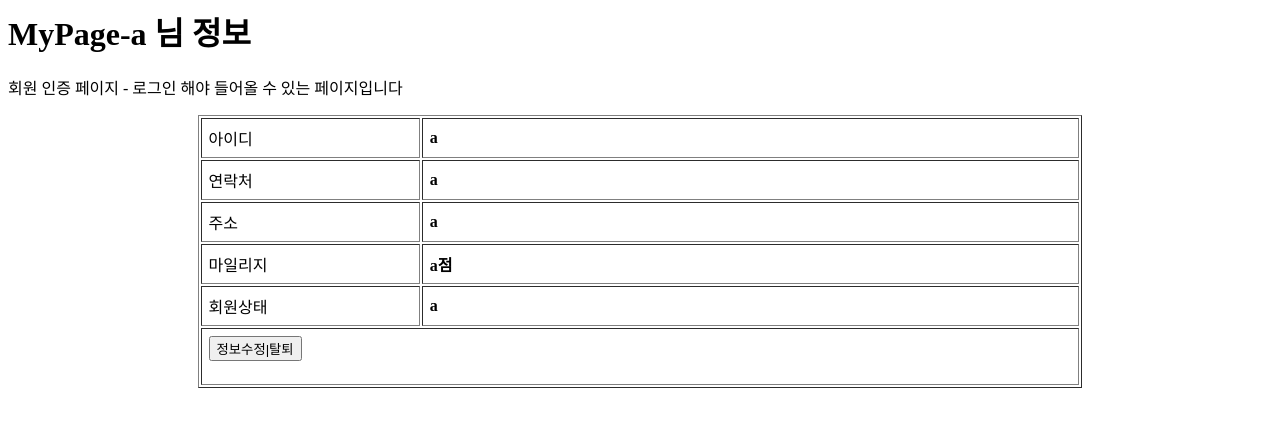
Repository: Jayking0215/myjava
Page: http://localhost/SpringWeb/WEB-INF/views/member/myPage.jsp
An editor plug-in stored every save of this project. The page is shown before and after the next save, followed by the edit.
The browser window is 1280 px wide. The pictures show the whole page.
The page is served by Tomcat 9. Nobody is signed in. Other server files are loaded and not shown. The template is opened directly, without the code that normally fills it, so the values that code supplies are empty.

Above is the page before, as saved 2023-05-04 04:43:51.

### SpringWorkspace/SpringWeb/src/main/webapp/WEB-INF/views/member/myPage.jsp
<%@ page language="java" contentType="text/html; charset=UTF-8"
    pageEncoding="UTF-8"%>
    <style>
    	.myPageTable{
    		width: 70%;
    		margin: 1em auto;
    	}
    	td{
    		padding:7px;
    	}
    	td:last-child{
    		text-align:left;

    	}
    </style>
    <div class="container m2">
    	<h1>MyPage-a 님 정보</h1>
    	<p>회원 인증 페이지 - 로그인 해야 들어올 수 있는 페이지입니다</p>
    	<table border="1" class="myPageTable">
    		<tr>
    			<td width="25%">아이디</td>
    			<td width="75%"><b>a</b></td>
    		</tr>
    		<tr>
    			<td>연락처</td>
    			<td><b>a</b></td>
    		</tr>
    		<tr>
    			<td>주소</td>
    			<td><b>a</b></td>
    		</tr>
    		<tr>
    			<td>마일리지</td>
    			<td><b>a점</b></td>
    		</tr>
    		<tr>
    			<td>회원상태</td>
    			<td><b>a</b></td>
    		</tr>
    		<tr>
    			<td colspan="2">
    				<form name='f' method='post' action='modify'>
    					<input type="hidden" name="idx" value="a">
    					<button>정보수정|탈퇴</button>
    				</form>
    			</td>
    		</tr>
    	</table>

    </div>

After the next save:
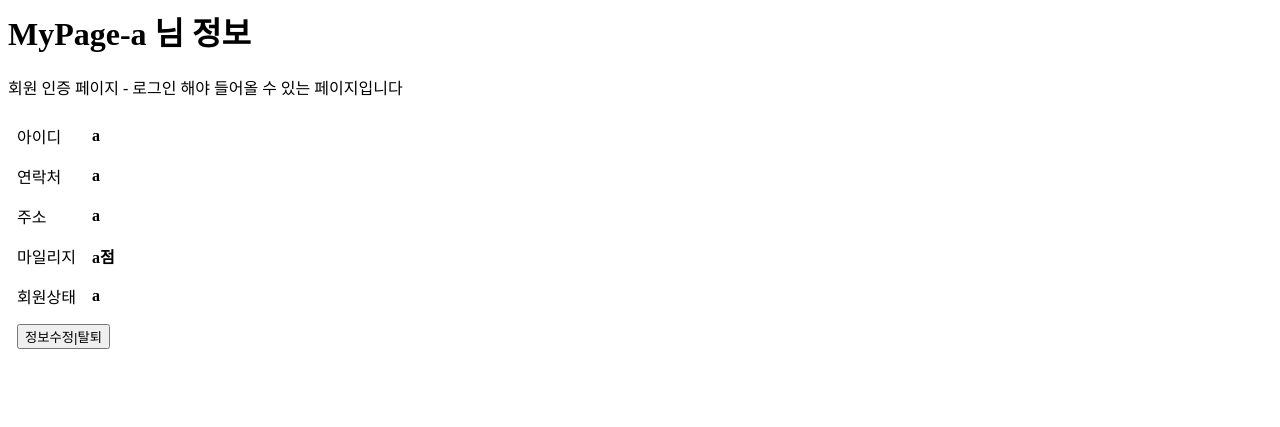
Saved 39 s later.
--- a/SpringWorkspace/SpringWeb/src/main/webapp/WEB-INF/views/member/myPage.jsp
+++ b/SpringWorkspace/SpringWeb/src/main/webapp/WEB-INF/views/member/myPage.jsp
@@ -16,7 +16,7 @@
     <div class="container m2">
     	<h1>MyPage-a 님 정보</h1>
     	<p>회원 인증 페이지 - 로그인 해야 들어올 수 있는 페이지입니다</p>
-    	<table border="1" class="myPageTable">
+    	<table border="0" class="table table-striped">
     		<tr>
     			<td width="25%">아이디</td>
     			<td width="75%"><b>a</b></td>
